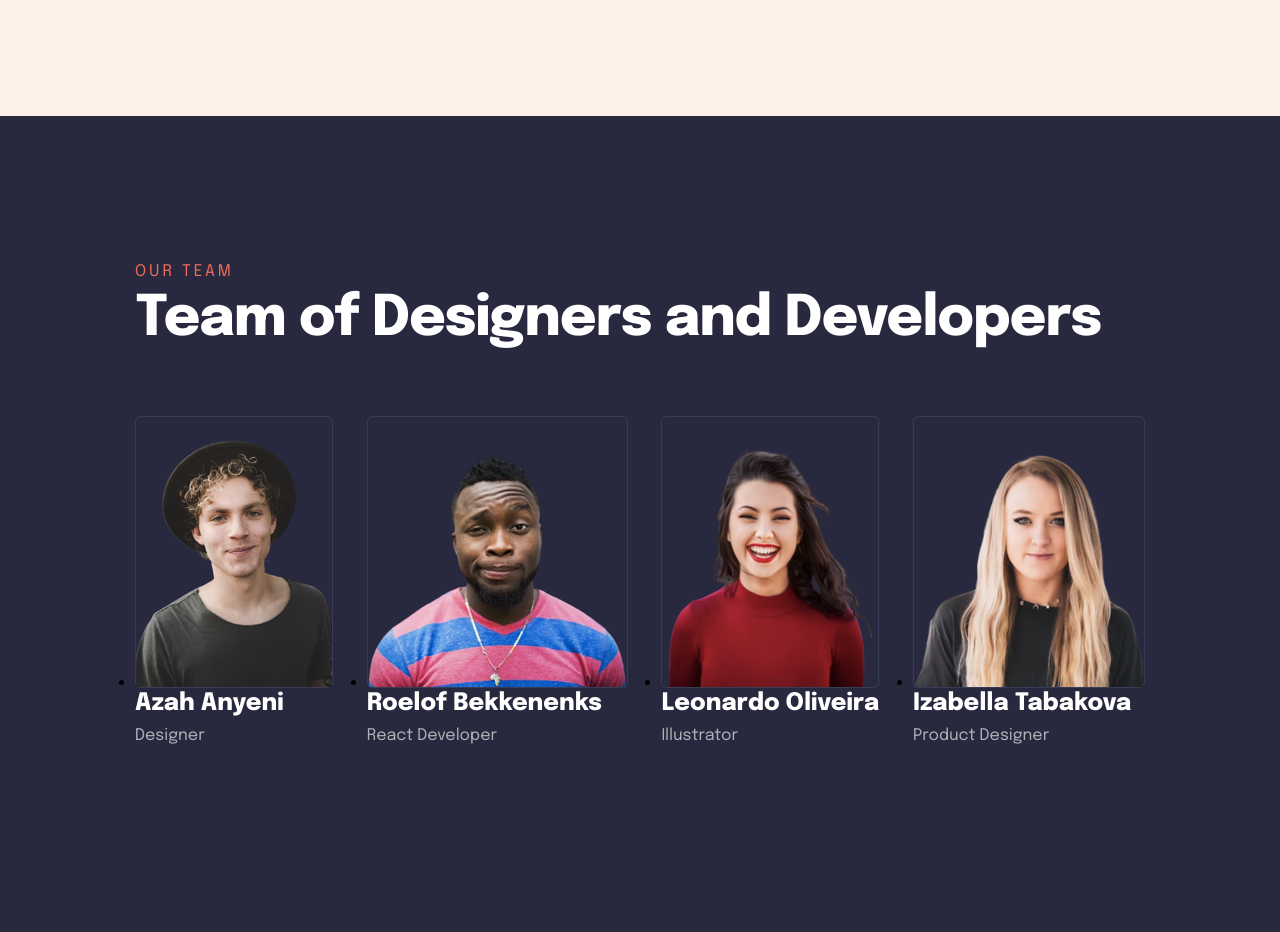
Repository: qafqazly123/websayt-1
Page: aboutPage/index.html
An editor plug-in stored every save of this project. The page is shown before and after the next save, followed by the edit.
The browser window is 1280 px wide. The pictures show the part of the page from y = 1146 to 2098 px (the page is 2078 px tall before and 2098 px after).
A picture or video elsewhere on the page could not be fetched, so the positions and the page height are approximate.

Above is the page before, as saved 2023-12-19 15:26:57.

After the next save:
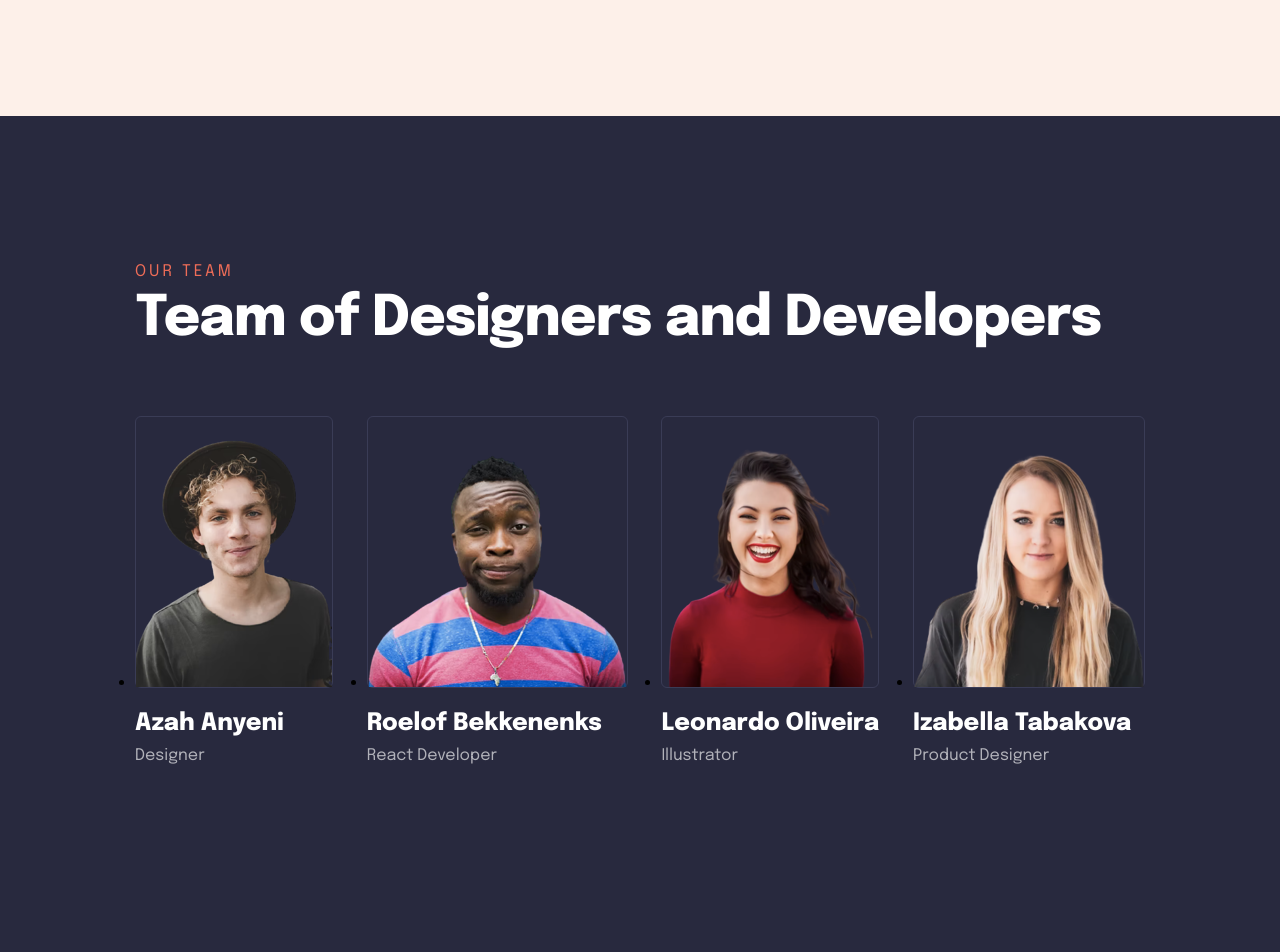
Saved 12 s later.
--- a/aboutPage/index.css
+++ b/aboutPage/index.css
@@ -239,4 +239,5 @@ height: 272px;
 display: flex;
 align-items: flex-end;
 justify-content: center;
-}
+margin-bottom: 20px;
+}
